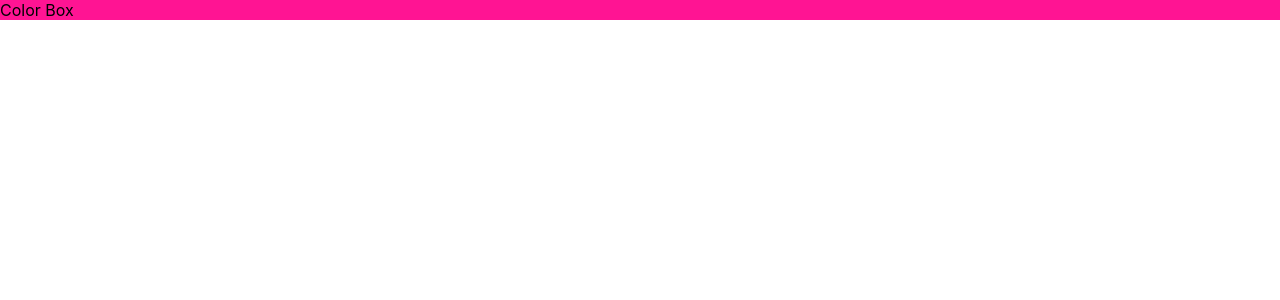
Repository: trantrongnhanttn/learn-reactjs
Page: /
An editor plug-in stored every save of this project. The page is shown before and after the next save, followed by the edit.
The browser window is 1280 px wide. The pictures show the whole page.
The project was rebuilt for these pictures with package versions that can differ from the ones it lists, and the page was loaded fresh each time.

Above is the page before, as saved 2023-09-17 15:37:02.

### src/index.js
import React from "react";
import ReactDOM from "react-dom/client";
// import "./App.css";
import ColorBox from "./components/ColorBox";
import "./index.css";
import reportWebVitals from "./reportWebVitals";

const root = ReactDOM.createRoot(document.getElementById("root"));
root.render(
  <section>
    <ColorBox />
  </section>
);

// If you want to start measuring performance in your app, pass a function
// to log results (for example: reportWebVitals(console.log))
// or send to an analytics endpoint. Learn more: https://bit.ly/CRA-vitals
reportWebVitals();

### src/components/ColorBox/index.jsx
import React, { useState } from "react";
import PropTypes from "prop-types";

ColorBox.propTypes = {};

function getRandomColor() {
  const COLOR_LIST = ["deeppink", "green", "yellow", "black", "blue"];
  const randomIndex = Math.trunc(Math.random() * 5);
  return COLOR_LIST[randomIndex];
}

function ColorBox() {
  const [color, setColor] = useState("deeppink");

  function handleBoxClick() {
    const newColor = getRandomColor();
    setColor(newColor);
  }

  return (
    <div
      className="color-box"
      style={{ backgroundColor: color }}
      onClick={handleBoxClick}
    >
      Color Box
    </div>
  );
}

export default ColorBox;

### src/components/ColorBox/ColorBox.scss
.color-box {
    color: #ffffff;
}

Loaded but not shown: public/index.html (common file); src/index.css (common file); src/reportWebVitals.js (common file)

After the next save:
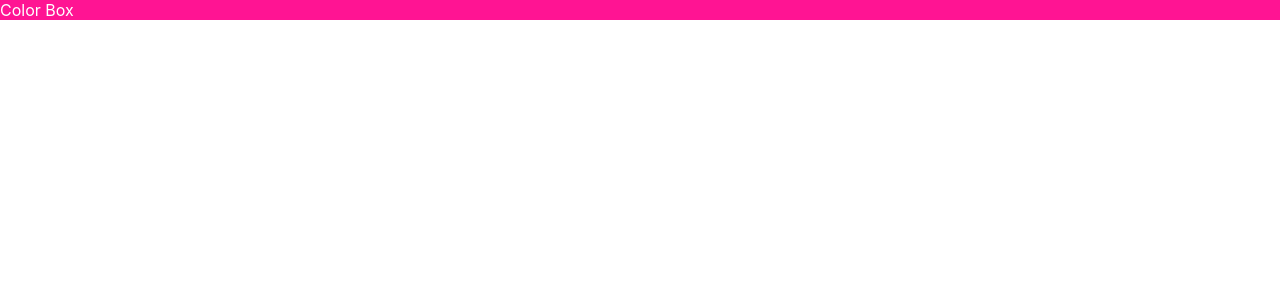
Saved 26 s later.
--- a/src/components/ColorBox/index.jsx
+++ b/src/components/ColorBox/index.jsx
@@ -1,5 +1,6 @@
 import React, { useState } from "react";
 import PropTypes from "prop-types";
+import "./ColorBox.scss";
 
 ColorBox.propTypes = {};
 
